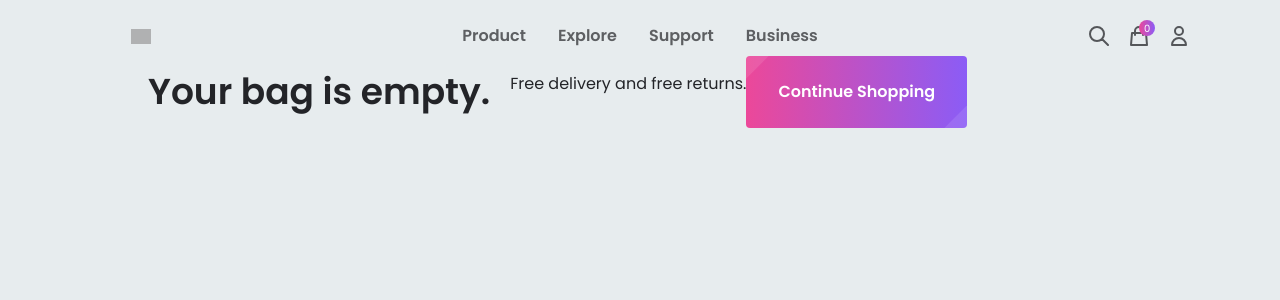
Repository: aliamini1422/semiAppleSite
Page: /checkout
These files come from the project's save history. The page is drawn as it stood at one moment and after the next save; the edit follows.
The browser window is 1280 px wide. The pictures show the whole page.
Pictures or frames that could not be fetched are drawn as grey boxes. The page's requests for data from a server got no answer. The project was rebuilt for these pictures with package versions that can differ from the ones it lists, and the page was loaded fresh each time. The framework's server and built-in components were replaced by stand-ins that run in the browser. No one was signed in, and anything a server would have sent is missing. Also part of the build but not shown: next.config.js, sanity.js, components/CheckoutProduct.tsx.

Above is the page before, as saved 2022-09-05 02:27:20.

### pages/_app.tsx
import '../styles/globals.css'
import type { AppProps } from 'next/app'
import { Provider} from "react-redux";
import { store } from "../redux/store";
import { Toaster } from "react-hot-toast";

function MyApp({ Component, pageProps }: AppProps) {
  return (
    <Provider store={store}>
      <Toaster />
      <Component {...pageProps} />
    </Provider>
  )
}

export default MyApp

### pages/checkout.tsx
import React from 'react'
import Header from '../components/Header'
import { useSelector } from 'react-redux';
import { selectBasketItems } from '../redux/basketSlice';
import { useRouter } from 'next/router';
import Button from '../components/Button';
import { useState, useEffect } from 'react';
import CheckoutProduct from '../components/CheckoutProduct';

function checkout() {
    const items = useSelector(selectBasketItems);
    const router = useRouter();
    const [groupedItemsInBasket, setGroupedItemsInBasket] = useState({} as {[key: string]: Product []});


    useEffect(()=>{
        const groupedItems = items.reduce((results, item)=>{
            (results[item._id] = results[item._id] || []).push(item);
            return results;
        },{} as {[key: string]: Product []})
        setGroupedItemsInBasket(groupedItems);
    },[items]);



  return (
    <div className='min-h-screen overflow-hidden bg-[#E7ECEE]'>
        <Header />
        <main className='mx-auto max-w-5xl pb-24 flex'>
            <div className='px-5 '>
                <h1 className='my-4 text-3xl font-semibold lg:text-4xl'>{items.length > 0 ? "Review your bag" : "Your bag is empty."}</h1>
            </div>
            <p className='my-4'>Free delivery and free returns.</p>
            {items.length === 0 && (<Button title='Continue Shopping' onClick={()=>router.push("/")} />)}
            <div>
                {items.length > 0 && (
                    <div className='mx-8 md:mx-16'>
                        {Object.entries(groupedItemsInBasket).map(([key, items]) =>(
                            <CheckoutProduct key={key} items={items} id={key} />
                        ))}
                    </div>
                )}
            </div>
        </main>
    </div>
  )
}

export default checkout

### styles/globals.css
@import url('https://fonts.googleapis.com/css2?family=Poppins:ital,wght@0,100;0,200;0,300;0,400;0,500;0,600;0,700;0,800;0,900;1,100;1,200;1,400;1,500;1,600;1,700;1,800;1,900&display=swap');
@tailwind base;
@tailwind components;
@tailwind utilities;

@layer base{
    body{
        @apply font-body text-[#232428]
    }
}
@layer components{
    .headerLink{
        @apply cursor-pointer  font-semibold opacity-70 transition hover:opacity-100
    }
    .headerIcon{
        @apply w-6 h-6 cursor-pointer opacity-75 transition hover:opacity-100
    }
    .link{
        @apply relative cursor-pointer text-lg font-medium before:absolute before:inset-x-0 before:rounded-bl before:origin-left before:-bottom-1.5
         before:h-0.5 before:bg-black before:transform before:scale-x-0 before:transition-all before:duration-200
         hover:before:scale-x-100
    }

    .borderGradient{
        @apply text-center pb-1 bg-gradient-to-r from-[#ec4899] to-[#8b5cf6] bg-left-bottom bg-no-repeat bg-[length:100%_2px]
    }
    .tabPanel{
        @apply grid grid-cols-1 gap-8 sm:grid-cols-2 md:grid-cols-1 lg:grid-cols-2 xl:grid-cols-3
    }
}

### redux/store.ts
import { configureStore } from '@reduxjs/toolkit'
import basketReducer from './basketSlice';

export const store = configureStore({
  reducer: {
    basket: basketReducer,
  },
})

// Infer the `RootState` and `AppDispatch` types from the store itself
export type RootState = ReturnType<typeof store.getState>
// Inferred type: {posts: PostsState, comments: CommentsState, users: UsersState}
export type AppDispatch = typeof store.dispatch

### components/Header.tsx
import Image from 'next/image'
import Link from 'next/link'
import React from 'react'
import { useSelector } from 'react-redux';
import {SearchIcon, ShoppingBagIcon, UserIcon} from '@heroicons/react/outline';
import { selectBasketItems } from '../redux/basketSlice';
import { useRouter } from 'next/router';
function Header() {
  const router = useRouter();
  const items = useSelector(selectBasketItems);
  const session = false;
  return (
    <header className='sticky top-0 w-full z-30 flex items-center justify-between bg-[#E7ECEE] pt-4 px-4'>
      <div className='flex items-center justify-center md:w-1/5'>
        <Link href= "/">
          <div className='relative w-5 h-10 cursor-pointer opacity-75  transition hover:opacity-100'>
            <Image src="https://upload.wikimedia.org/wikipedia/commons/thumb/f/fa/Apple_logo_black.svg/1667px-Apple_logo_black.svg.png" layout='fill' objectFit='contain'/>
          </div>
        </Link>
      </div>
      <div className='hidden flex-1 items-center justify-center space-x-8 md:flex'>
        <a className='headerLink' href="/">Product</a>
        <a className='headerLink' href="/">Explore</a>
        <a className='headerLink' href="/">Support</a>
        <a className='headerLink' href="/">Business</a>
      </div>
      <div className='flex gap-x-4 items-center justify-center md:w-1/5'>
        <SearchIcon className='headerIcon'/>
        <div className='relative cursor-pointer'>
          <span className='absolute -right-1 -top-1 z-30 flex items-center w-4 h-4 justify-center bg-gradient-to-r from-pink-500 to-violet-500
          rounded-full text-[10px] text-white'>{items.length}</span>
          <ShoppingBagIcon className='headerIcon' onClick={()=>{router.push("/checkout")}}/>
        </div>
        {session ? (<Image src="" className='cursor-pointer rounded-full'/>): (<UserIcon className='headerIcon'/>)}
      </div>
    </header>
  )
}

export default Header

### redux/basketSlice.ts
import { createSlice } from '@reduxjs/toolkit'
import type { PayloadAction } from '@reduxjs/toolkit'
import type { RootState } from './store'
import { stat } from 'fs'

// Define a type for the slice state
interface BasketState {
  items:Product[]
}

// Define the initial state using that type
const initialState: BasketState = {
  items:[],
}

export const basketSlice = createSlice({
  name: 'basket',
  // `createSlice` will infer the state type from the `initialState` argument
  initialState,
  reducers: {
    addToBasket: (state: BasketState, action:PayloadAction<Product>) => {
      state.items = [...state.items, action.payload];
    },
    removeFromBasket: (
      state: BasketState,
      action: PayloadAction<{ id: string }>
    ) => {
      const index = state.items.findIndex(
        (item: Product) => item._id === action.payload.id
      );

      let newBasket = [...state.items];

      if (index >= 0) {
        newBasket.splice(index, 1);
      } else {
        console.log(
          `Cant remove product (id: ${action.payload.id}) as its not in basket!`
        );
      }

      state.items = newBasket;
    },
    // Use the PayloadAction type to declare the contents of `action.payload`

  },
})

export const { addToBasket, removeFromBasket } = basketSlice.actions

// Other code such as selectors can use the imported `RootState` type
export const selectBasketItems = (state: RootState) => state.basket.items;
export const selectBasketItemsWithId = (state: RootState, id:string) => {
    state.basket.items.filter((item:Product)=> item._id === id);
 };
export const selectBasketTotal = (state: RootState)=>{
    state.basket.items.reduce((total:number, item:Product)=>(total += item.price),0);
}

export default basketSlice.reducer

### components/Button.tsx
import React from 'react'

interface Props{
    title:string;
    onClick?: ()=> void;
    width?:string;
    loading?:boolean;
    padding?:string;
    noIcon?:boolean;
}


function Button({ title, onClick, width, loading, padding, noIcon }: Props) {
    return (
      <button
        className={`ease group relative z-30 box-border inline-flex ${
          width ? width : "w-auto"
        } ${padding} cursor-pointer items-center justify-center overflow-hidden rounded bg-indigo-600 bg-gradient-to-r from-pink-500 to-violet-500 px-8 py-3 font-bold text-white transition-all duration-300 focus:outline-none`}
        onClick={onClick}
      >
        <span className="absolute bottom-0 right-0 -mb-8 -mr-5 h-20 w-8 translate-x-1 rotate-45 transform bg-white opacity-10 transition-all duration-300 ease-out group-hover:translate-x-0"></span>
        <span className="absolute top-0 left-0 -mt-1 -ml-12 h-8 w-20 -translate-x-1 -rotate-45 transform bg-white opacity-10 transition-all duration-300 ease-out group-hover:translate-x-0"></span>

        <span className="relative z-20 flex items-center font-semibold">
          {noIcon && (
            <svg
              className="relative mr-2 h-5 w-5 flex-shrink-0 text-white"
              fill="none"
              stroke="currentColor"
              viewBox="0 0 24 24"
              xmlns="http://www.w3.org/2000/svg"
            >
              <path
                strokeLinecap="round"
                strokeLinejoin="round"
                strokeWidth="2"
                d="M13 10V3L4 14h7v7l9-11h-7z"
              ></path>
            </svg>
          )}
          {loading ? "Loading..." : title}
        </span>
      </button>
    );
  }

  export default Button;

### tailwind.config.js
/** @type {import('tailwindcss').Config} */
module.exports = {
  content: [
    './pages/**/*.{js,ts,jsx,tsx}',
    './components/**/*.{js,ts,jsx,tsx}',
  ],
  theme: {
    extend: {
      fontFamily :{
        body: ["Poppins", "Sans-serif"],
      }
    },
  },
  plugins: [],
}

After the next save:
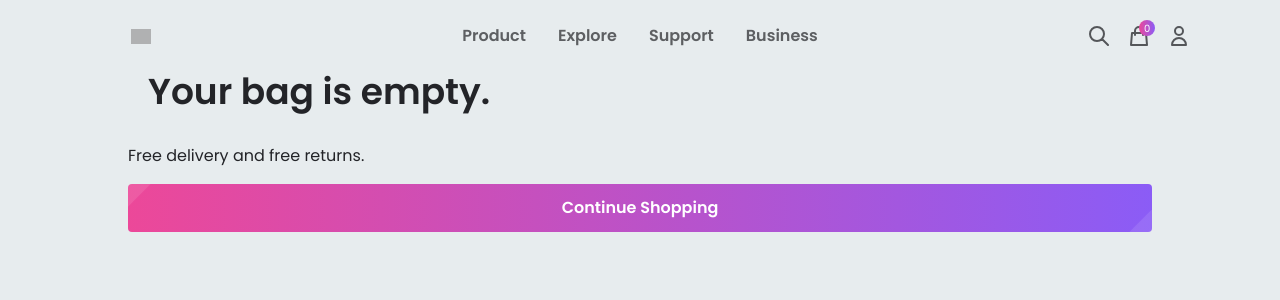
Saved 25 s later.
--- a/pages/checkout.tsx
+++ b/pages/checkout.tsx
@@ -26,7 +26,7 @@ function checkout() {
   return (
     <div className='min-h-screen overflow-hidden bg-[#E7ECEE]'>
         <Header />
-        <main className='mx-auto max-w-5xl pb-24 flex'>
+        <main className='mx-auto max-w-5xl pb-24 lg:flex lg:flex-col'>
             <div className='px-5 '>
                 <h1 className='my-4 text-3xl font-semibold lg:text-4xl'>{items.length > 0 ? "Review your bag" : "Your bag is empty."}</h1>
             </div>
